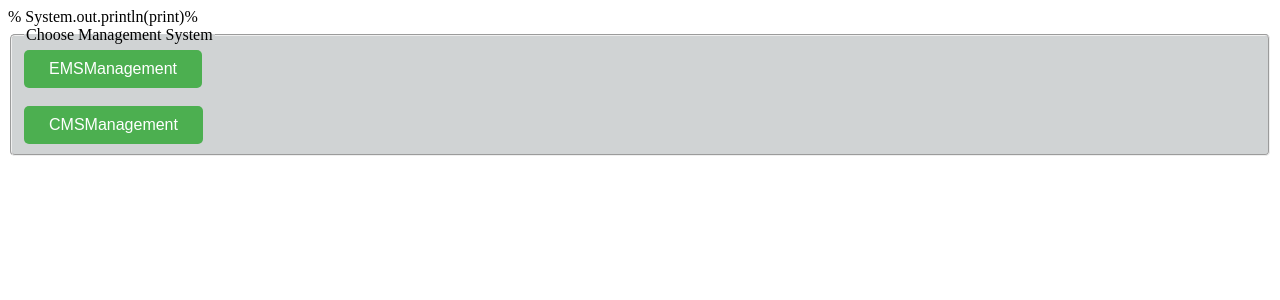
Repository: varnittyagi120/javaproject2
Page: eclipse-workspaceone/CMSWithEMSUsingServletInOptmiseWay/WebContent/index.html
These files come from the project's save history. The page is drawn as it stood at one moment and after the next save; the edit follows.
The browser window is 1280 px wide. The pictures show the whole page.

Above is the page before, as saved 2019-11-19 09:16:52.

After the next save:
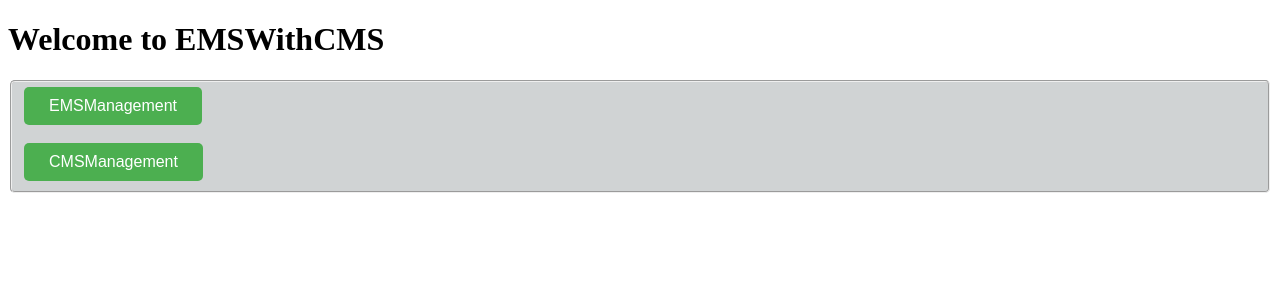
Saved 3 min 7 s later.
--- a/eclipse-workspaceone/CMSWithEMSUsingServletInOptmiseWay/WebContent/index.html
+++ b/eclipse-workspaceone/CMSWithEMSUsingServletInOptmiseWay/WebContent/index.html
@@ -16,9 +16,9 @@
 
 </style>
 <body>
-% System.out.println(print)%
+        <h1>Welcome to EMSWithCMS</h1>
         <fieldset Style='background-color:#D0D3D4;border-radius:5px;'>
-            <legend>Choose Management System</legend>
+            <le</legend>
 			    <a href = "StartOfEMS"><button class="button" >EMSManagement</button></a><br><br>
 	 		    <a href = "StartOfCMS"><button class="button" >CMSManagement</button></a>
         </fieldset>
